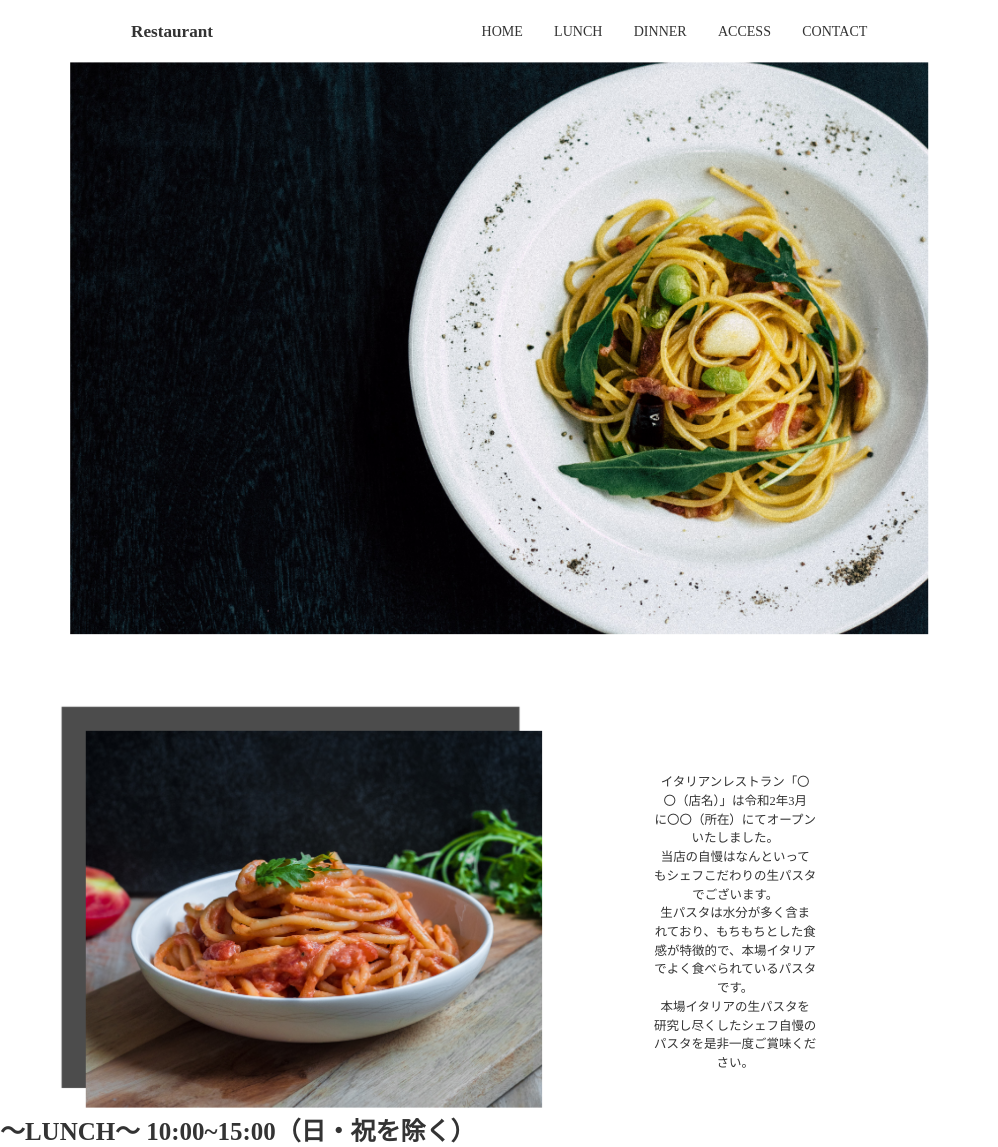
Repository: konatsu-0806/demo-site
Page: FromFigma/index.html
These files come from the project's save history. The page is drawn as it stood at one moment and after a run of saves; the edit follows.
The browser window is 1280 px wide. The pictures show the whole page, at 78% of full size.

Above is the page before, as saved 2023-02-08 17:27:37.

### FromFigma/index.html
<!DOCTYPE html>
<html lang="ja">

<head>
  <meta charset="UTF-8">
  <meta name="viewport" content="width=device-width, initial-scale=1.0">
  <meta http-equiv="X-UA-Compatible" content="ie=edge">
  <link rel="stylesheet" href="css/style.css">
  <title>demosite</title>
</head>

<body>
  <header class="header_bg">
    <div class="header_contents">
      <h1>Restaurant</h1>
      <div class="responsive_btn">
        <div class="menu_line"></div>
        <div class="menu_line"></div>
        <div class="menu_line"></div>
      </div>
      <nav class="header_nav">
        <ul class="header_nav_lists">
          <li><a class="nav_link" href="">HOME</a></li>
          <li><a class="nav_link" href="">LUNCH</a></li>
          <li><a class="nav_link" href="">DINNER</a></li>
          <li><a class="nav_link" href="">ACCESS</a></li>
          <li><a class="nav_link" href="">CONTACT</a></li>
        </ul>
      </nav>
    </div>
  </header>
  <script src="js/master.js"></script>

  <div class="main_visual">
   <img src="img/mgg-vitchakorn-98Xi5vMGKck-unsplash.jpg" alt="">
  </div>

  <div class="intro_bg">
    <div class="intro_contents">
        <div class="intro_img">
            <img src="img/pratik-gupta-gyt0s3wR1YM-unsplash.jpg" alt="">
        </div>
        <div class="intro_sentence">
            <p class="text-center">
              イタリアンレストラン「〇<br />
              〇（店名）」は令和2年3月<br />
              に〇〇（所在）にてオープン<br />
              いたしました。
            </p>
            <p class="text-center">
              当店の自慢はなんといって<br />
              もシェフこだわりの生パスタ<br />
              でございます。<br />
            </p>
            <p class="text-center">
              生パスタは水分が多く含ま<br />
              れており、もちもちとした食<br />
              感が特徴的で、本場イタリア<br />
              でよく食べられているパスタ<br />
              です。
            </p>
            <p class="text-center">
              本場イタリアの生パスタを<br />
              研究し尽くしたシェフ自慢の<br />
              パスタを是非一度ご賞味くだ<br />
              さい。
            </p>
        </div>
    </div>
</div>

<div class="lunch">
  <div class="triangle"></div>
  <h1>～LUNCH～
    10:00~15:00（日・祝を除く）
  </h1>
</div>
</body>

</html>

### FromFigma/css/style.css
/* Reset style */
* {
    margin: 0;
    padding: 0;
    box-sizing: border-box;
    list-style: none;
    text-decoration: none;
    color: #333;
}

/* Normal header style */
.header_bg {
    width: 100%;
    height: 80px;
}

.header_contents {
    width: 100%;
    max-width: 1024px;
    height: 100%;
    margin: 0 auto;
    display: flex;
    justify-content: space-between;
    align-items: center;
}

.header_contents h1 {
    font-size: 22px;
    margin: 0 0 0 40px;
}

.header_nav_lists {
    display: flex;
}

.header_nav_lists li {
    margin: 0 40px 0 0;
}

.nav_link {
    font-size: 18px;
}

/* Responsive menu button */
.responsive_btn {
    display: none;
    flex-direction: column;
    align-items: center;
    justify-content: center;
    width: 32px;
    height: 32px;
    margin: 0 40px 0 0;
    cursor: pointer;
    position: relative;
    z-index: 10;
}

.menu_line {
    background-color: #333;
    border-radius: 5px;
    width: 100%;
    height: 5px;
    margin: 4px 0;
}

/* Reaponsive style */
@media screen and (max-width: 768px) {
    .responsive_btn {
        display: flex;
    }

    .header_bg {
        position: relative;
    }

    .header_nav {
        background-color: white;
        width: 100%;
        height: 100vh;
        padding: 80px 0 0 0;
        position: absolute;
        top: 0;
        right: -100%;
        transition: .5s;
    }

    .header_nav_lists {
        display: block;
        text-align: center;
    }

    .header_nav_lists li {
        margin: 0 0 40px;
        text-align: center;
    }

    .nav_link {
        font-size: 20px;
    }
}

/* js function "menuToggle" starting only */
.menu_active {
    right: 0;
  }

/* 1st pic */
img {
    width: 100%;
}

.main_visual {
    padding: 0 50px;
    margin: auto;
    max-width: 1200px;
}

/* contents */
.intro_bg {
    width: 100%;
    max-width: 1200px;
    margin: auto;
    padding: 120px 50px 0px 70px;
}
.contents img {
    width: 100%;
}
.text-center {
    text-align: center;
}
.intro_contents {
    display: flex;
}
.intro_img {
    width: 55%;
    margin: auto;
    box-shadow: -30px -30px 1px 1px rgba(0, 0, 0, 0.7);
}
.intro_sentence {
    width: 45%;
    margin: auto .5rem;
}
@media screen and (max-width: 767px) {
    .intro_contents {
        display: block;
    }
    .intro_contents .intro_img {
        width: 100%;
        margin: 0 auto;
    }
    .intro_contents .intro_sentence {
        width: 100%;
        margin: 0 auto;
    }
}

### FromFigma/js/master.js
const responsive_menu_btn = document.querySelector('.responsive_btn');
responsive_menu_btn.addEventListener('click', menuToggle);

function menuToggle() {
  const header_menu_detail = document.querySelector('.header_nav');
  header_menu_detail.classList.toggle('menu_active');
}

After the next 3 saves:
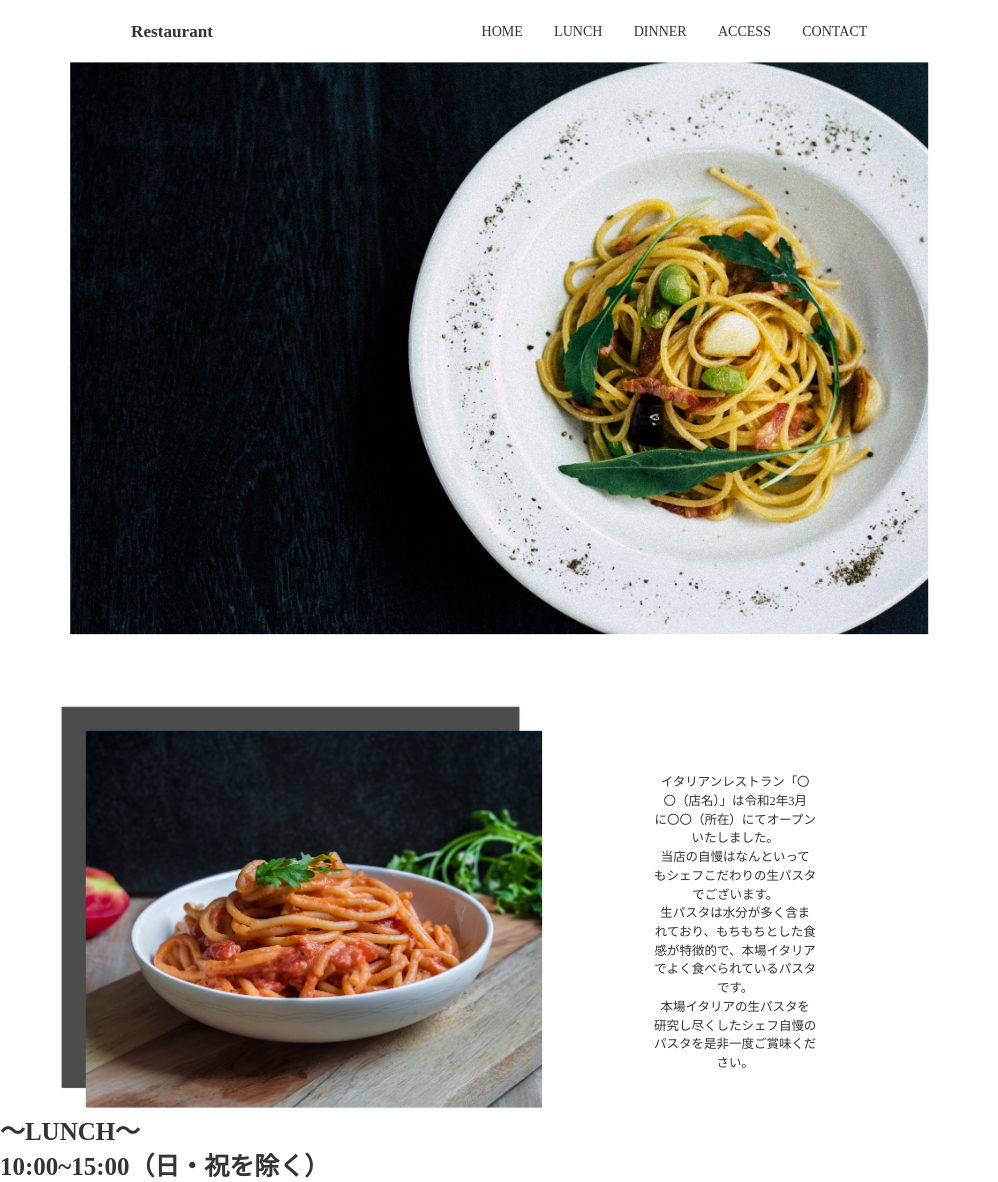
The 3 saves are shown as one change because they came seconds apart.
The last was saved 8 s later.
--- a/FromFigma/index.html
+++ b/FromFigma/index.html
@@ -71,7 +71,7 @@
 
 <div class="lunch">
   <div class="triangle"></div>
-  <h1>～LUNCH～
+  <h1>～LUNCH～<br />
     10:00~15:00（日・祝を除く）
   </h1>
 </div>
